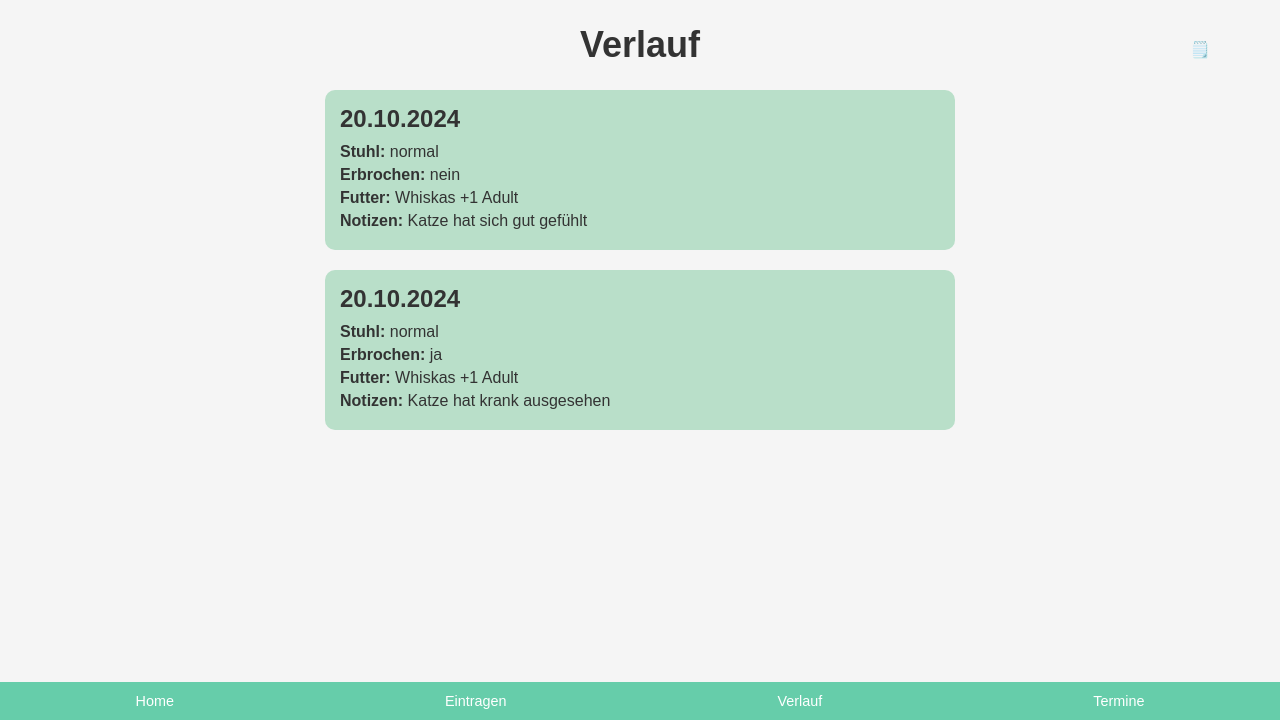
Repository: jakemoes/Pet-Tracker
Page: PWA/trendSecond.html
These files come from the project's save history. The page is drawn as it stood at one moment and after a run of saves; the edit follows.
The browser window is 1280 px wide. The pictures show the whole page.

Above is the page before, as saved 2024-12-06 19:11:44.

After the next 4 saves:
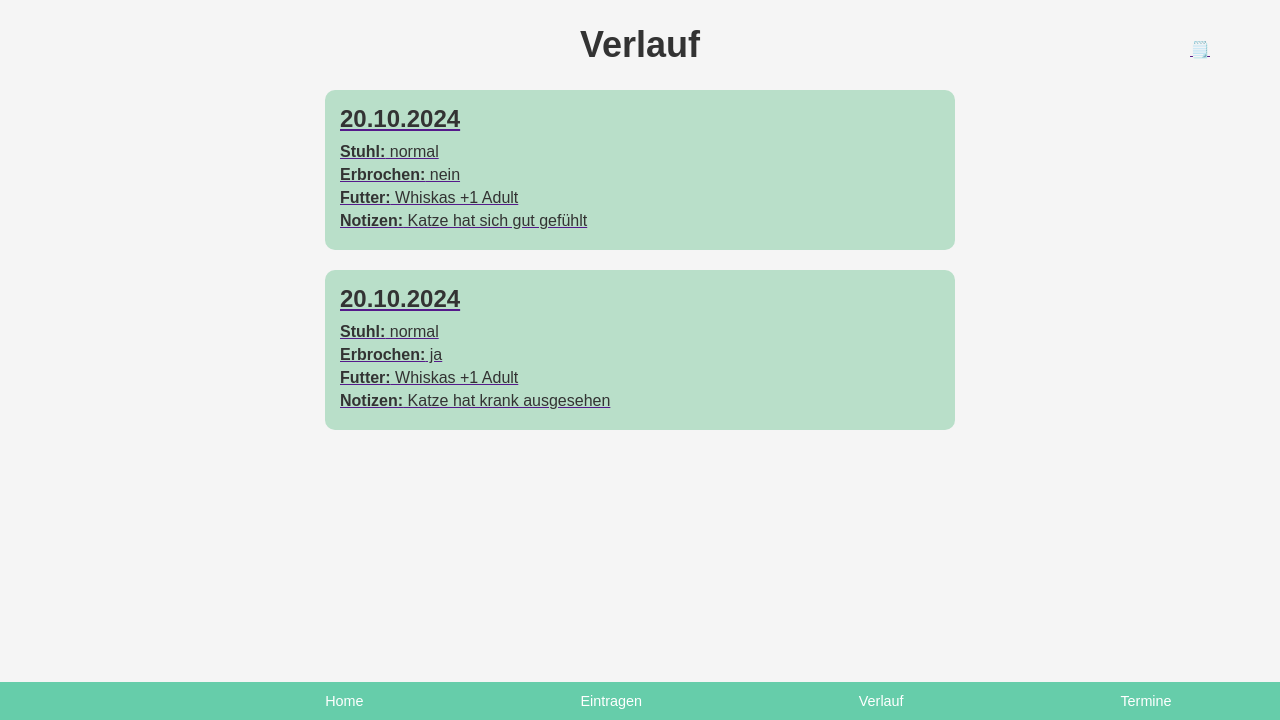
The 4 saves are shown as one change because they came seconds apart.
The last was saved 2 min 1 s later.
--- a/PWA/trendSecond.html
+++ b/PWA/trendSecond.html
@@ -9,7 +9,7 @@
 <body>
         <h1>Verlauf</h1>
         <div class="icon">
-            <span class="smiley">🗒️</span>
+            <a href=""<span class="smiley">🗒️</span>
         </div>
         <div class="entry">
             <h2>20.10.2024</h2>
